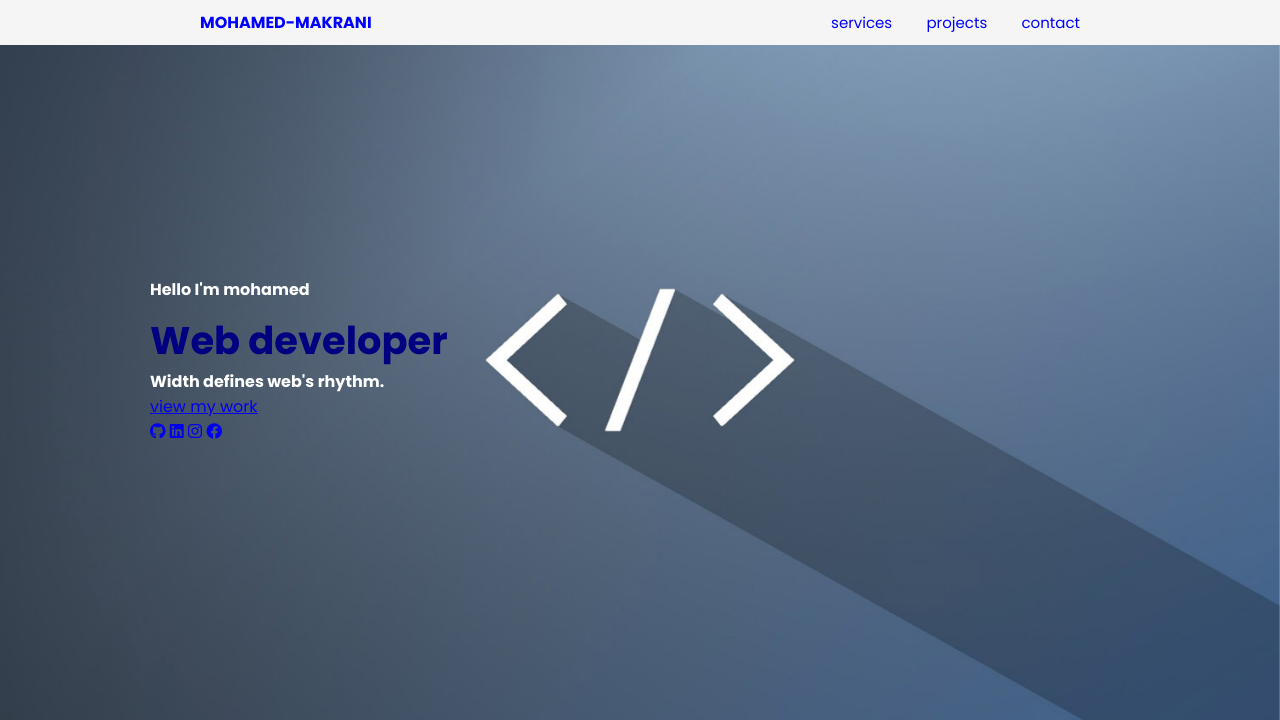
Repository: mohamed-makrani/Portfolio
Page: indixe.html
An editor plug-in stored every save of this project. The page is shown before and after the next save, followed by the edit.
The browser window is 1280 px wide. The pictures show the whole page.

Above is the page before, as saved 2023-09-16 14:34:11.

After the next save:
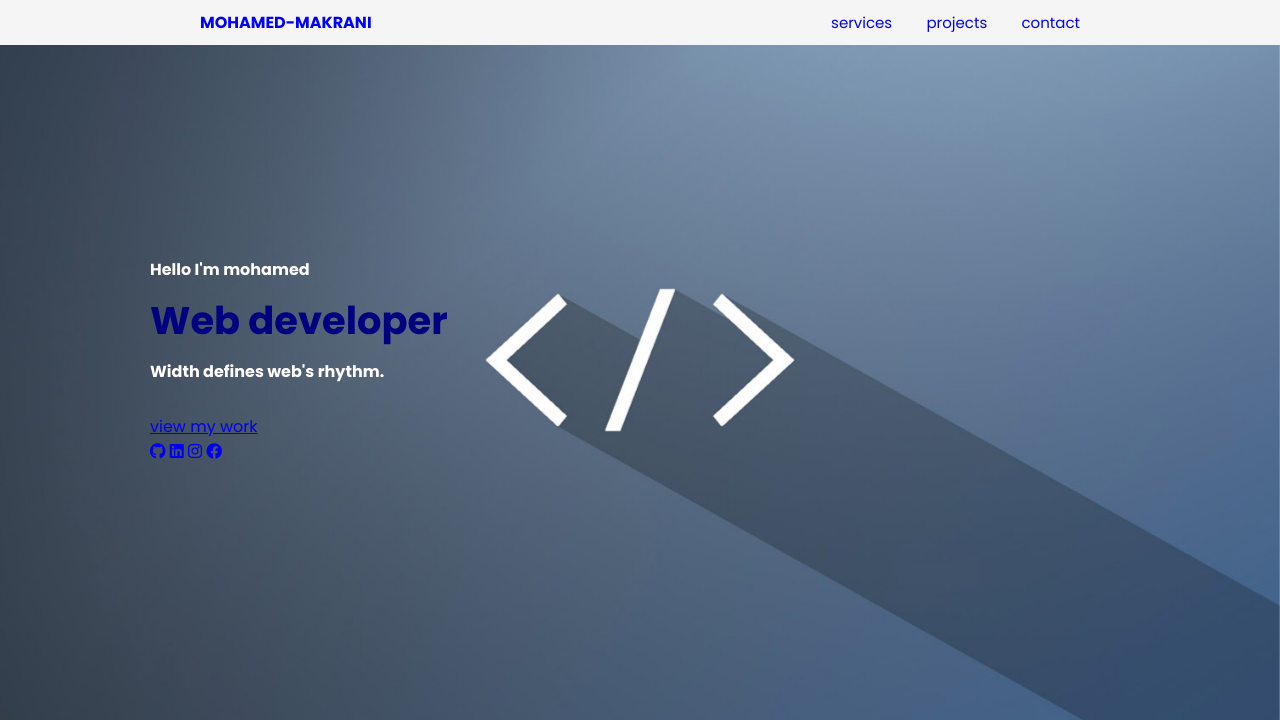
Saved 110 s later.
--- a/style.css
+++ b/style.css
@@ -78,5 +78,7 @@ color: blueviolet;
    color: white;
    font-size: 1em;
    font-weight: 500px;
+   margin-top: 10px;
+   margin-bottom: 30px;
 
  }
